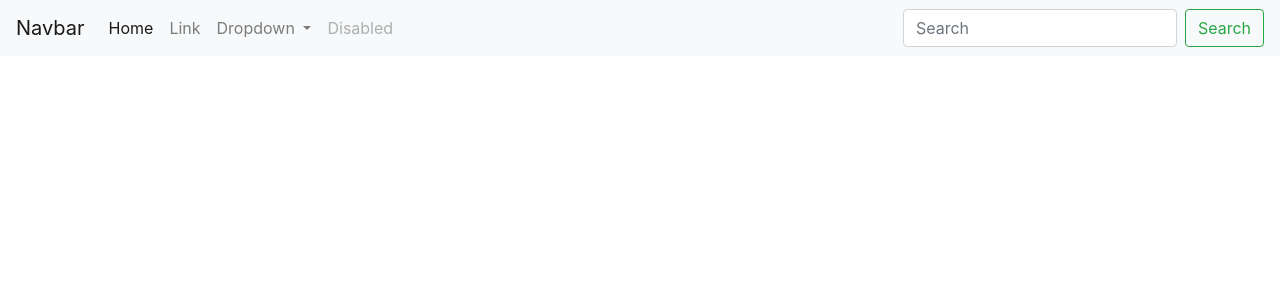
Repository: Chandnim0712/Ecommerce-Spring-Boot-Project
Page: http://localhost/LoginPage/
These files come from the project's save history. The page is drawn as it stood at one moment and after a run of saves; the edit follows.
The browser window is 1280 px wide. The pictures show the whole page.
Some web libraries are served in a nearby version. The page is served by Tomcat 9.

Above is the page before, as saved 2025-06-11 19:27:24.

After the next 2 saves:
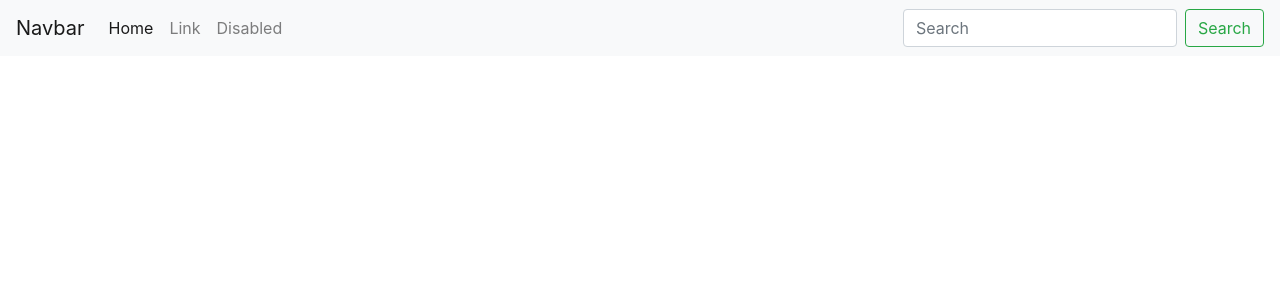
The 2 saves are shown as one change because they came seconds apart.
The last was saved 16 min 41 s later.
--- a/LoginPage/src/main/webapp/index.jsp
+++ b/LoginPage/src/main/webapp/index.jsp
@@ -33,17 +33,7 @@
 						<span class="sr-only">(current)</span>
 				</a></li>
 				<li class="nav-item"><a class="nav-link" href="#">Link</a></li>
-				<li class="nav-item dropdown"><a
-					class="nav-link dropdown-toggle" href="#" id="navbarDropdown"
-					role="button" data-toggle="dropdown" aria-haspopup="true"
-					aria-expanded="false"> Dropdown </a>
-					<div class="dropdown-menu" aria-labelledby="navbarDropdown">
-						<a class="dropdown-item" href="#">Action</a> <a
-							class="dropdown-item" href="#">Another action</a>
-						<div class="dropdown-divider"></div>
-						<a class="dropdown-item" href="#">Something else here</a>
-					</div></li>
-				<li class="nav-item"><a class="nav-link disabled" href="#">Disabled</a>
+				<li class="nav-item"><a class="nav-link" href="#">Disabled</a>
 				</li>
 			</ul>
 			<form class="form-inline my-2 my-lg-0">
